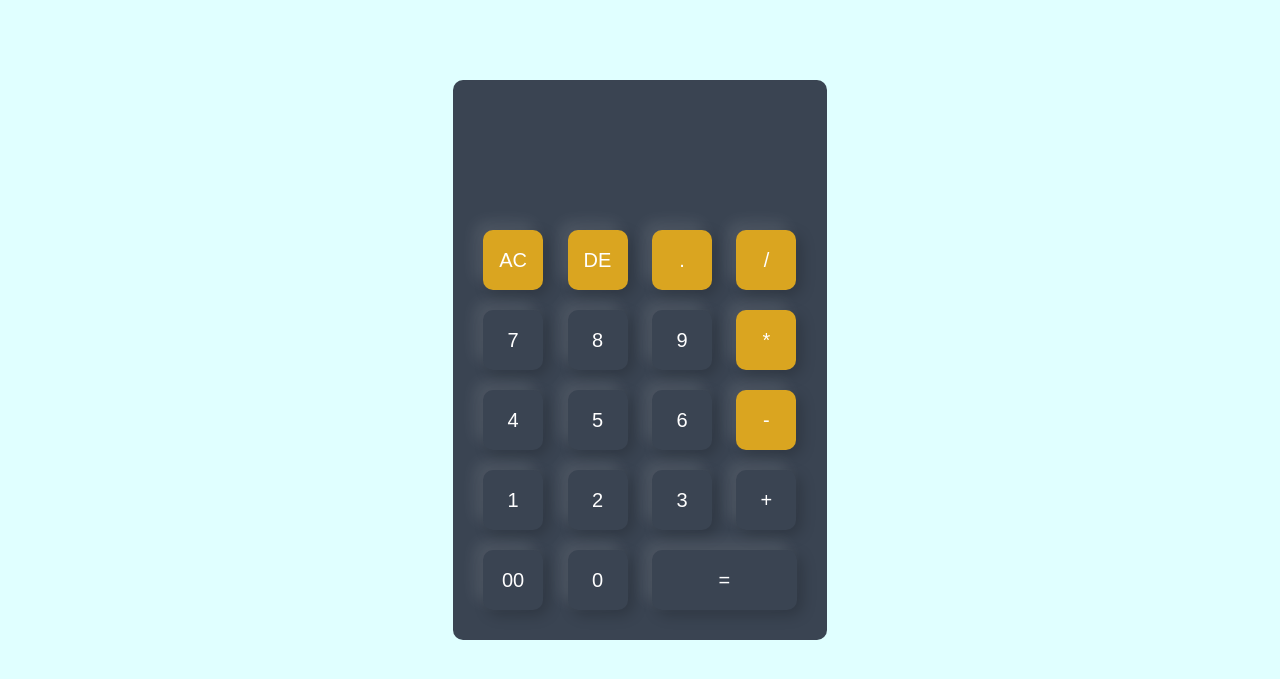
Repository: Anureet23/Calculator
Page: index.html
An editor plug-in stored every save of this project. The page is shown before and after the next save, followed by the edit.
The browser window is 1280 px wide. The pictures show the whole page.

Above is the page before, as saved 2023-02-07 23:22:25.

After the next save:
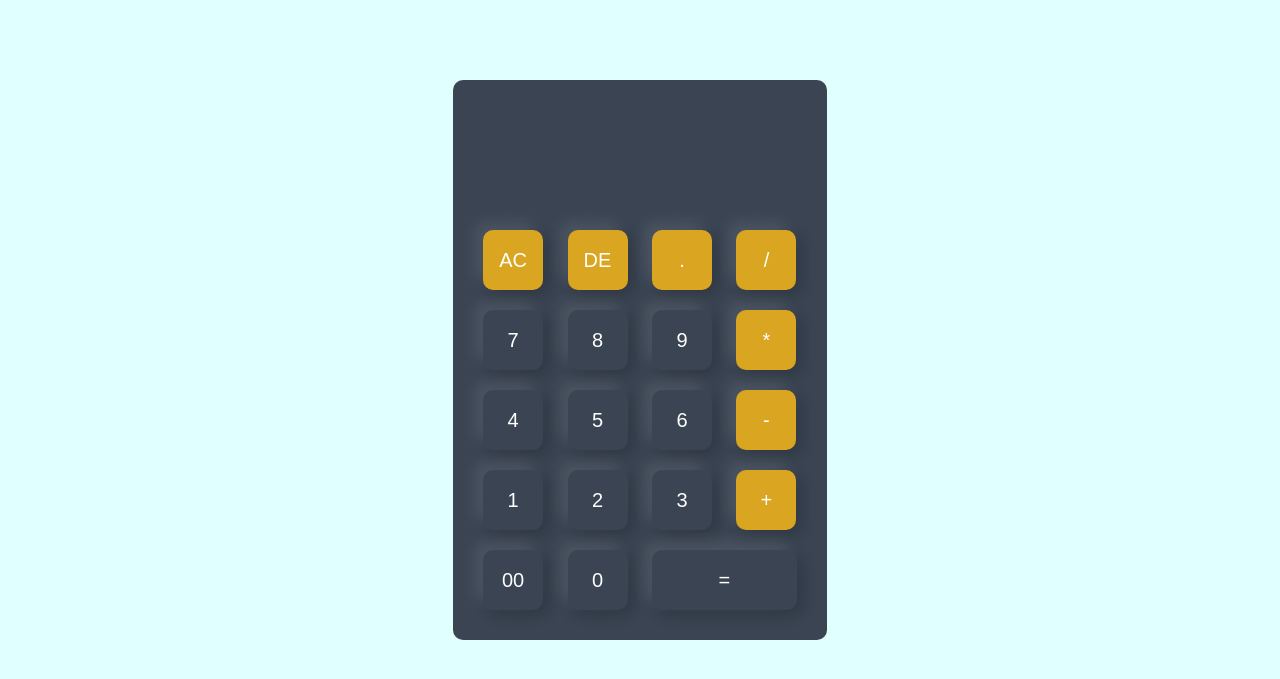
Saved 4 s later.
--- a/index.html
+++ b/index.html
@@ -34,7 +34,7 @@
         <input type="button" value="1" onclick="display.value +='1'">
         <input type="button" value="2" onclick="display.value +='2'">
         <input type="button" value="3" onclick="display.value +='3'">
-        <input type="button" value="+" onclick="display.value +='+'">
+        <input type="button" value="+" onclick="display.value +='+'" class="operator">
     </div>
     <div>
         <input type="button" value="00" onclick="display.value +='00'">
